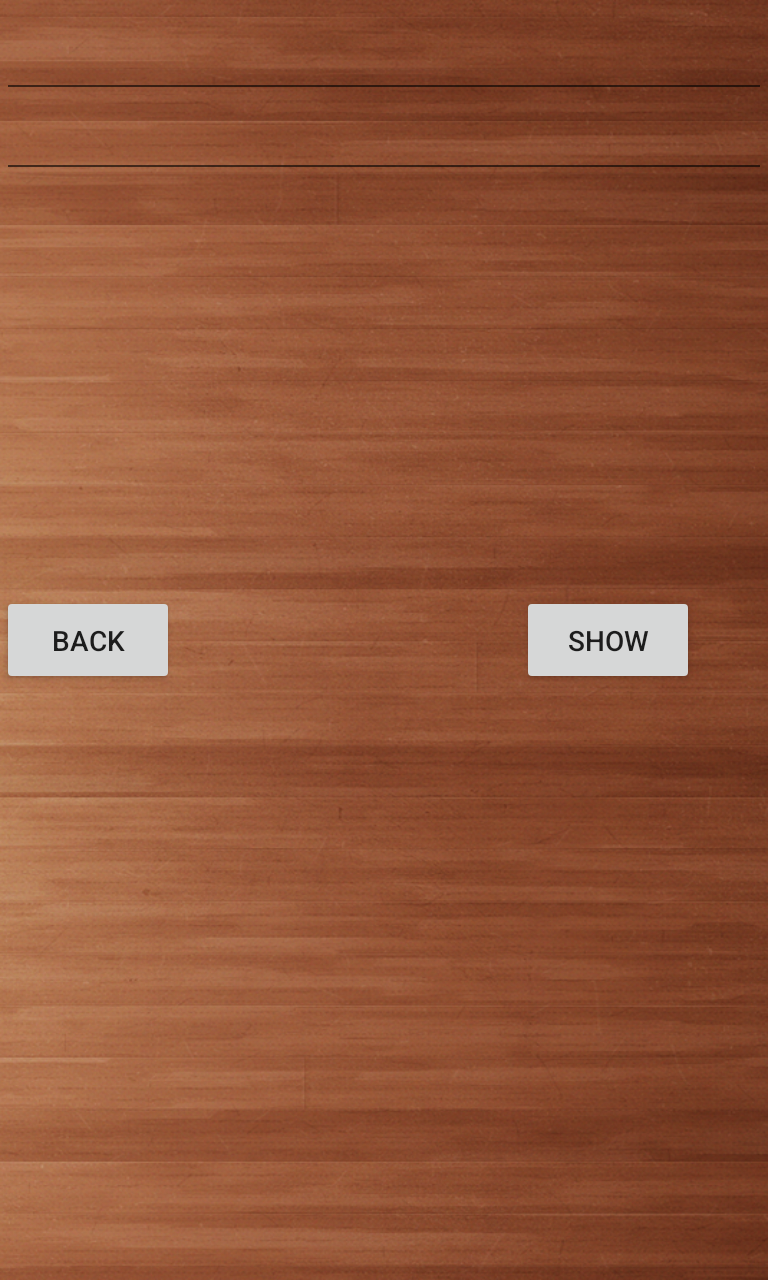
Repository: vipinvkamara/layouts
Layout: RegistrationForm/res/layout/activity_form.xml
These files come from the project's save history. The layout is drawn as it stood at one moment and after the next save; the edit follows.
It is drawn on a 768 x 1280 px phone screen (xhdpi) without system bars, with theme AppTheme; the app's code is not run.

Above is the layout before, as saved 2014-12-17 00:10:03.

### RegistrationForm/res/layout/activity_form.xml
<RelativeLayout xmlns:android="http://schemas.android.com/apk/res/android"
    xmlns:tools="http://schemas.android.com/tools"
    xmlns:android1="http://schemas.android.com/apk/res/android"
    android:layout_width="match_parent"
    android:layout_height="match_parent"
    android:background="@drawable/ic_woo"
    tools:context="com.example.registrationform.MainActivity" >

    <EditText
        android:id="@+id/edittxt1"
        android:layout_width="match_parent"
        android:layout_height="wrap_content"
        android:layout_alignParentLeft="true"
        android:layout_below="@+id/editText1"
        android:layout_marginTop="10dp"
        android:ems="10"
        android:inputType="textEmailAddress" />

    <EditText
        android:id="@+id/edittxt2"
        android:layout_width="match_parent"
        android:layout_height="wrap_content"
        android:layout_alignParentLeft="true"
        android:layout_alignParentTop="true"
        android:layout_marginTop="50dp"
        android:ems="10"
        android:inputType="textPersonName" />

    <Button
        android:id="@+id/button1"
        android:layout_width="wrap_content"
        android:layout_height="wrap_content"
        android:layout_alignParentRight="true"
        android:layout_centerVertical="true"
        android:layout_marginRight="36dp"
         android:onClick="onshowtxt"
        android:text="SHOW" />

    <Button
        android:id="@+id/button2"
        android:layout_width="wrap_content"
        android:layout_height="wrap_content"
        android:layout_alignBottom="@+id/button1"
        android:layout_alignParentLeft="true"
        android1:onClick="onBack"
        android:text="BACK" />

</RelativeLayout>

Loaded but not shown: RegistrationForm/res/values/styles.xml (common file); RegistrationForm/res/values-v11/styles.xml (common file); RegistrationForm/res/values-v14/styles.xml (common file)

After the next save:
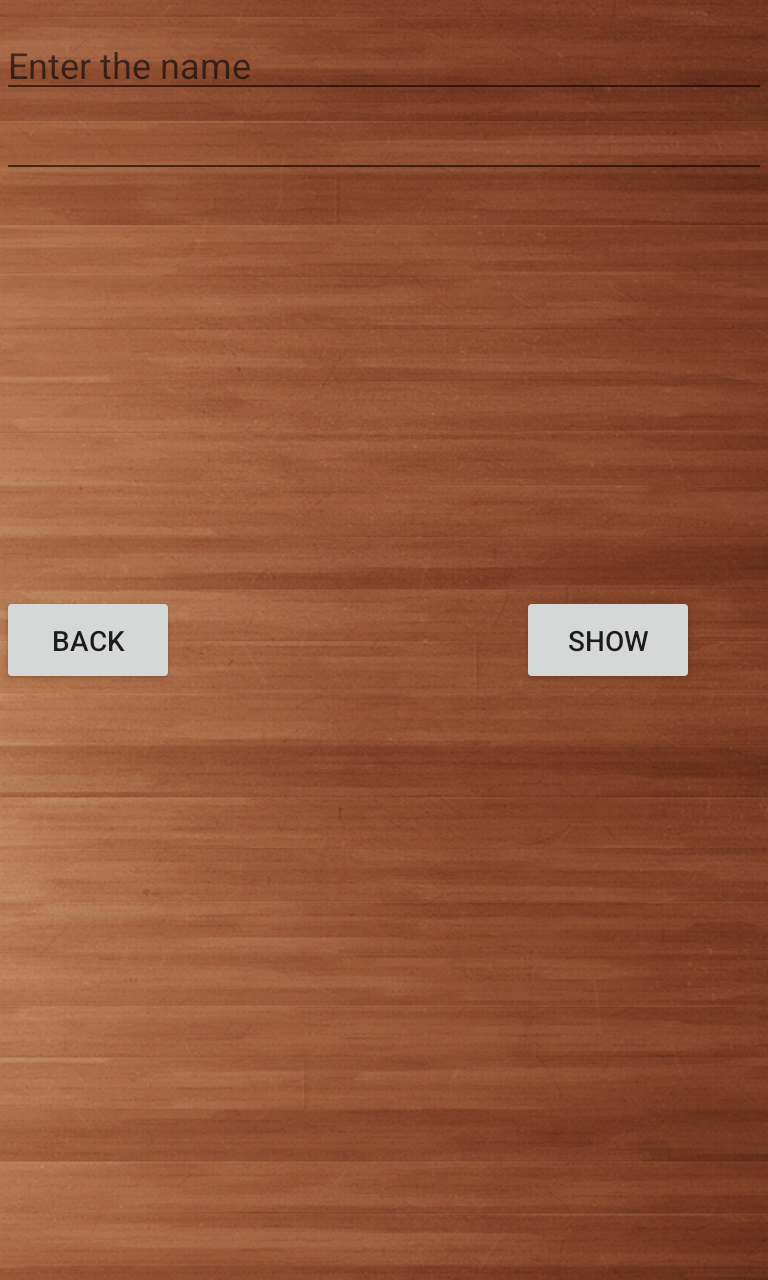
Saved 95 s later.
--- a/RegistrationForm/res/layout/activity_form.xml
+++ b/RegistrationForm/res/layout/activity_form.xml
@@ -12,6 +12,7 @@
         android:layout_height="wrap_content"
         android:layout_alignParentLeft="true"
         android:layout_below="@+id/editText1"
+        android1:hint="Enter the name"
         android:layout_marginTop="10dp"
         android:ems="10"
         android:inputType="textEmailAddress" />
